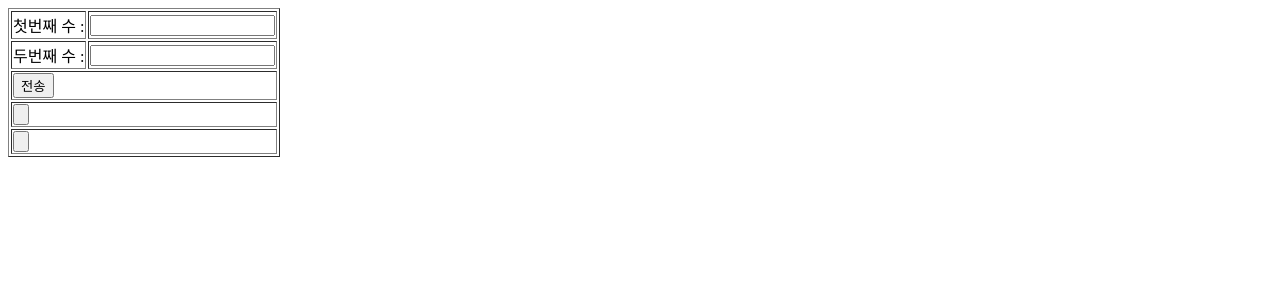
Repository: jjuhye/JSPWorkspace
Page: http://localhost/basic/ex03_form01.jsp
An editor plug-in stored every save of this project. The page is shown before and after the next save, followed by the edit.
The browser window is 1280 px wide. The pictures show the whole page.
The page is served by Tomcat 9. Other server files are loaded and not shown.

Above is the page before, as saved 2023-02-21 03:52:53.

### basic/src/main/webapp/ex03_form01.jsp
<%@ page language="java" contentType="text/html; charset=UTF-8"
    pageEncoding="UTF-8"%>
<!DOCTYPE html>
<html>
<head>
<meta charset="UTF-8">
<title>Insert title here</title>
</head>
<body>
<form action="ex03_form03.jsp" method="get">
	<table border="1">
	<tr>
		<td>첫번째 수 :</td>
		<td><input type="text" name="su1"/></td>
	</tr>
	<tr>
		<td>두번째 수 :</td>
		<td><input type="text" name="su2" /></td>
	</tr>

 	<tr>
		<td colspan="2"><button>전송</button></td>
	</tr>
 	<tr>
		<td colspan="2"><input type="button" name="전송 button" /></td>
	</tr>
	<tr>
		<td colspan="2"><input type="button" name="전송 button" /></td>
	</tr>
	</table>

</form>
</body>
</html>

After the next save:
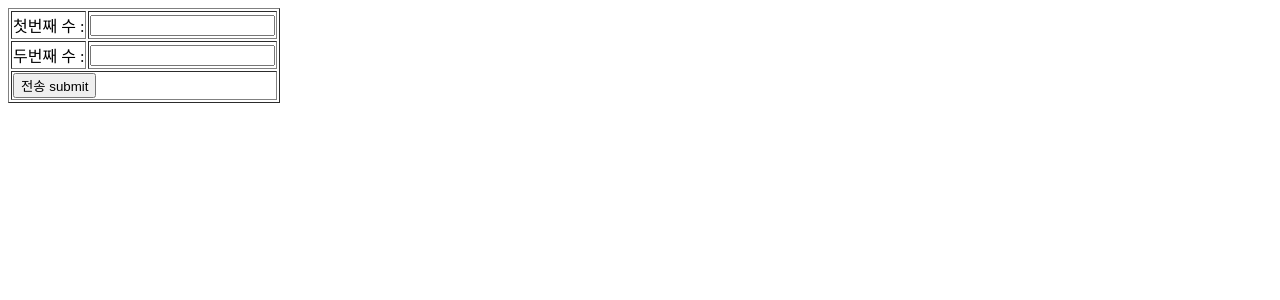
Saved 17 s later.
--- a/basic/src/main/webapp/ex03_form01.jsp
+++ b/basic/src/main/webapp/ex03_form01.jsp
@@ -19,14 +19,14 @@
 	</tr>
 
  	<tr>
-		<td colspan="2"><button>전송</button></td>
+		<td colspan="2"><button>전송 submit</button></td>
 	</tr>
- 	<tr>
+ 	<!-- <tr>
 		<td colspan="2"><input type="button" name="전송 button" /></td>
 	</tr>
 	<tr>
 		<td colspan="2"><input type="button" name="전송 button" /></td>
-	</tr>
+	</tr> -->
 	</table>
 
 </form>
